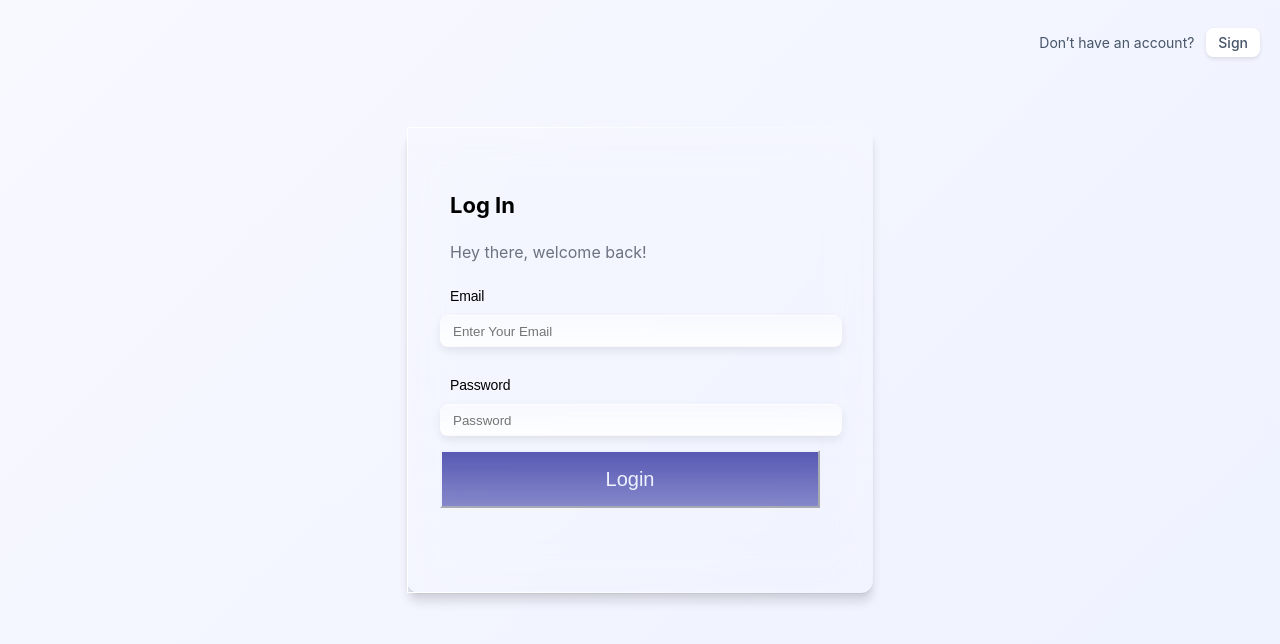
Repository: AfifaNoor/Admin_Panel-React-
Page: /sign-up
An editor plug-in stored every save of this project. The page is shown before and after the next save, followed by the edit.
The browser window is 1280 px wide. The pictures show the whole page.
The project was rebuilt for these pictures with package versions that can differ from the ones it lists, and the page was loaded fresh each time. Also part of the build but not shown: src/SignUp.jsx.

Above is the page before, as saved 2025-07-10 18:02:41.

### src/App.js
import React from 'react'
import LoginPage from './LoginPage'
import { RouterProvider } from 'react-router-dom'
import Router from './Router'

const App = () => {
  return (
    <>
      {/* <RouterProvider router={Router}/> */}
      <LoginPage/>
    </>


  )
}

export default App

### src/LoginPage.jsx
import React, { useState } from 'react'
// import {Navigate, useNavigate} from 'react-router-dom';
import "./LoginPage.css"
import { ToastContainer, toast } from 'react-toastify';
import 'react-toastify/dist/ReactToastify.css';

const LoginPage = () => {
    const[email , setEmail]=useState('')
    const [password , setPassword] = useState('')
    // const navigate= useNavigate();

const handleSubmit =(e)=>{
    e.preventDefault();

 const hardcoreMail="login@gmail.com";
 const hardcorePassword = '1234567'

    if (email=== hardcoreMail && password === hardcorePassword){
        alert("Login Successfull")

    }else{
        alert("Invalid Credential")
    }

}



  return (
 <div className="login-container">

      <div className="signup-redirect">
        <p>
          Don’t have an account?{' '}
          {/* <span className="signup-link" onClick={() => navigate('/sign-up')}> */}
            {/* Sign Up */}
          {/* </span> */}
          <span className="signup-link" >
            Sign
          </span>
        </p>
      </div>



    <div>



    </div>

      <form className="login-form" onSubmit={handleSubmit}>
      <div className="title">
        <h1>Log In</h1>
        <p>Hey there, welcome back!</p>
      </div>
      <label className='form-label'>Email</label>
        <input
          type="email"
          className="form-input"
          value={email}
          placeholder="Enter Your Email"
          onChange={(e) => setEmail(e.target.value)}
          required
        />

        <label className='form-label'>Password</label>
        <input
          type="password"
          className="form-input"
          placeholder="Password"
          value={password}
          onChange={(e) => setPassword(e.target.value)}
          required
        />

        <button className="login-btn" type="submit">
          Login
        </button>

        {/* <ToastContainer /> */}
      </form>
    </div>
  );
}

export default LoginPage

### src/Router.jsx
import React from 'react';
import { createBrowserRouter , createRoutesFromElements , Route } from 'react-router-dom';
import LoginPage from './LoginPage';
import SignUp from './SignUp';

const Router = createBrowserRouter(
  createRoutesFromElements(
    <>

      <Route path='/sign-up' element={<SignUp/>}/>
      <Route path='login-page' element={<LoginPage/>}/>
    </>
  )
)

export default Router;

### src/LoginPage.css
.login-container {
  width: 100%;
  height: 100vh;
  /* background: #FFFFFF; */
  opacity: 1;
  transform: rotate(0deg);
  display: flex;
  justify-content: center;
  align-items: center;
  background: linear-gradient(135deg, #f8f9ff, #eef2ff);
  flex-direction: column;
  /* font-family: 'Inter','sans-serif'; */
  position: relative;


}
.signup-redirect {
  position: absolute;
  top: 20px;
  right: 20px;
  font-size: 14px;
  color: #475569;
}

.signup-link {
  background: #ffffff;
  border-radius: 8px;
  padding: 6px 12px;
  margin-left: 8px;
  box-shadow: 0 2px 4px rgba(0,0,0,0.1);
  cursor: pointer;
  font-weight: 500;
  transition: all 0.3s ease;
}

.signup-link:hover {
  background: #f0f0f0;
}




.login-form{
  width: 400px;
  height: 400px;
  /* position: absolute; */
  /* top: 150.5px; */
  /* left: 482px; */
  border-radius: 12px;
  padding: 32px;
  gap: 10px;
  opacity: 1;
  flex-direction: column;

  z-index: 2;

  background: linear-gradient(180deg, rgba(255, 255, 255, 0) -9.58%, rgba(255, 255, 255, 0.052) 100%);
  border: 1px solid transparent;
  border-image-source: linear-gradient(93.78deg, #FFFFFF 8.04%, rgba(255, 255, 255, 0) 100%);
  border-image-slice: 1;


-webkit-backdrop-filter: blur(20px);
backdrop-filter: blur(20px);

box-shadow:
  0px 10px 10px 0px rgba(0, 0, 0, 0.10),
  0px 4px 4px 0px rgba(0, 0, 0, 0.05),
  0px 1px 0px 0px rgba(0, 0, 0, 0.05),
  inset 0px 20px 50px 0px rgba(255, 255, 255, 0.15);

}

.title{
  z-index: 3;
  width: 380px;
  height: 72px;
  opacity: 1;
  gap: 10px;
  padding: 10px;
  /* margin-bottom: 550px; */
  /* box-shadow: 0 4px 12px rgba(0, 0, 0, 0.1); */
  margin-bottom: 20px;


}

.title h1 {
width: 380px;
height: 40px;
font-family: 'Inter', sans-serif;
font-weight: 600px;
font-size: 22px;
line-height: 40px;
letter-spacing: -1%;
margin-bottom: 8px;
}

.title p{
  font-size: 16px;
  font-style: Inter;
  font-weight: 400px;
  font-style:normal;
  line-height: 22px;
  /* letter-spacing: -1%; */
  color: rgba(107, 114, 128, 1);
  margin-bottom: 24px;
  /* margin-bottom: 5px; */

}

.form-label{
width: 380px;
height: 22px;
transform: rotate(0deg);
opacity: 1;
gap: 12px;
text-align: left;
font-family: 'Intern',sans-serif;
font-weight: 500px;
font-size: 14px;
line-height: 22px;
letter-spacing: -0.01em;
color:black;
border: none;
border-radius: 6px;
padding: 3px 10px;
cursor: pointer;
display: inline-flex;
/* align-items: left; */
justify-content: left;
margin-top: 10px;
margin-bottom: 5px;

}

.form-input{

  width: 380px;
  height: 20px;
  min-width: 140px;
  max-width: 500px;
  transform: rotate(0deg);
  opacity: 1;
  border-radius: 8px;
  border-width: 1px;
  padding: 5px 8px 5px 12px;
  gap: 8px;
  margin-bottom: 14px;

  background: linear-gradient(0deg, rgba(255, 255, 255, 0.9) 0%, rgba(255, 255, 255, 0.4) 100%);
  border: 1px solid transparent; /* fallback for border-image */

  border-image:
    linear-gradient(0deg, rgba(255, 255, 255, 0.1), rgba(255, 255, 255, 0.1)),
    linear-gradient(360deg, rgba(255, 255, 255, 0.5) 0%, rgba(255, 255, 255, 0) 100%);
  border-image-slice: 1;


  -webkit-backdrop-filter: blur(20px);
  backdrop-filter: blur(20px);
  box-shadow: 0 4px 10px rgba(0,0,0,0.08);
  cursor: pointer;
}

.login-btn{
  direction: vertical;
  width: 380px;
  height: 58px;
  padding: 7px 7px ;
  gap: 12px;
  border-radius: 1px;
  opacity: 90%;
  border-color: #eef2ff;
  color: #eef2ff;
  font-weight: 400px;
  font-size: 20px;
  /* border: 1px solid;


border-image-source: linear-gradient(0deg, rgba(255, 255, 255, 0.1), rgba(255, 255, 255, 0.1)),
linear-gradient(45deg, rgba(255, 255, 255, 0) 33.33%, #FFFFFF 95%); */

;
  background: linear-gradient(180deg, #4648AB 0%, rgba(70, 72, 171, 0.7) 100%)
  /* background: linear-gradient(119.36deg, rgba(99, 102, 241, 0.2) 0%, rgba(236, 72, 153, 0.2) 100%) */

}

Loaded but not shown: public/index.html (common file); src/index.js (common file); src/index.css (common file); src/reportWebVitals.js (common file)

After the next save:
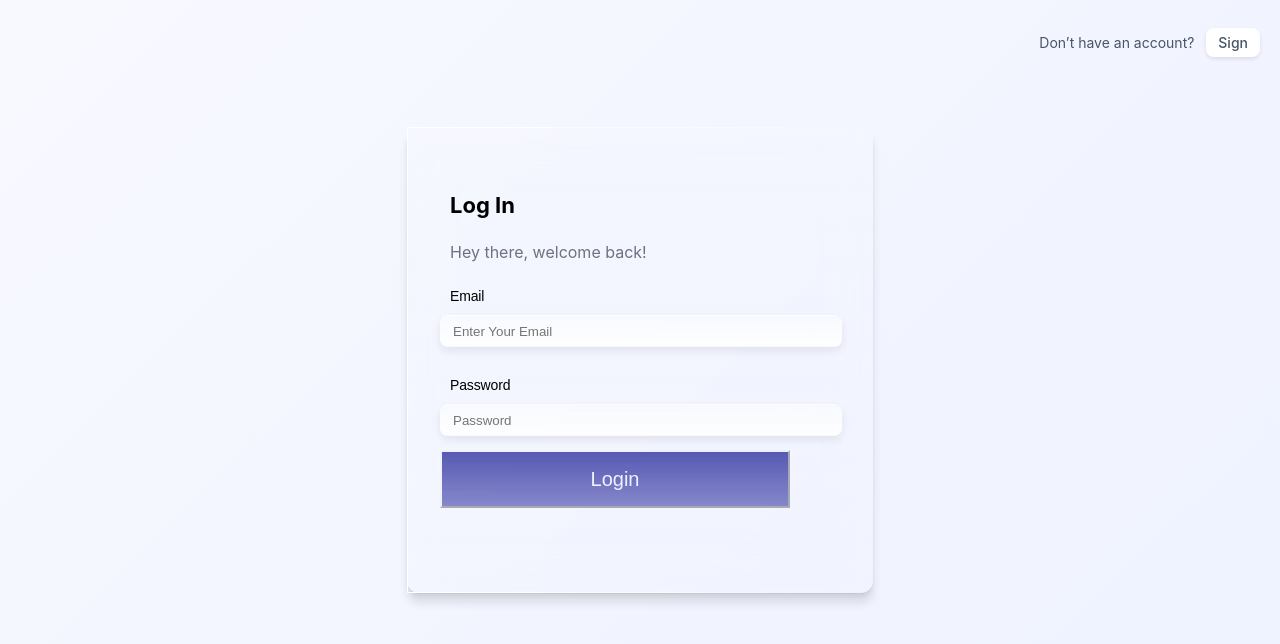
Saved 18 s later.
--- a/src/LoginPage.css
+++ b/src/LoginPage.css
@@ -165,7 +165,7 @@
 
 .login-btn{
   direction: vertical;
-  width: 380px;
+  width: 350px;
   height: 58px;
   padding: 7px 7px ;
   gap: 12px;

After the save that followed:
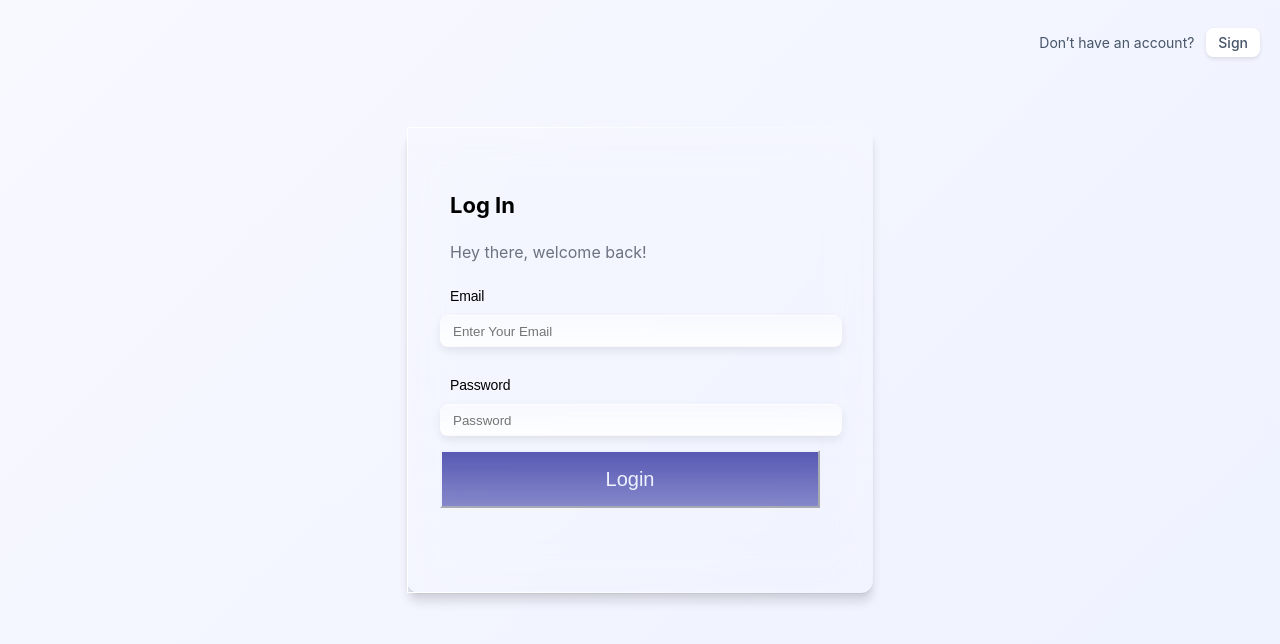
Saved 4 s later.
--- a/src/LoginPage.css
+++ b/src/LoginPage.css
@@ -165,7 +165,7 @@
 
 .login-btn{
   direction: vertical;
-  width: 350px;
+  width: 380px;
   height: 58px;
   padding: 7px 7px ;
   gap: 12px;
